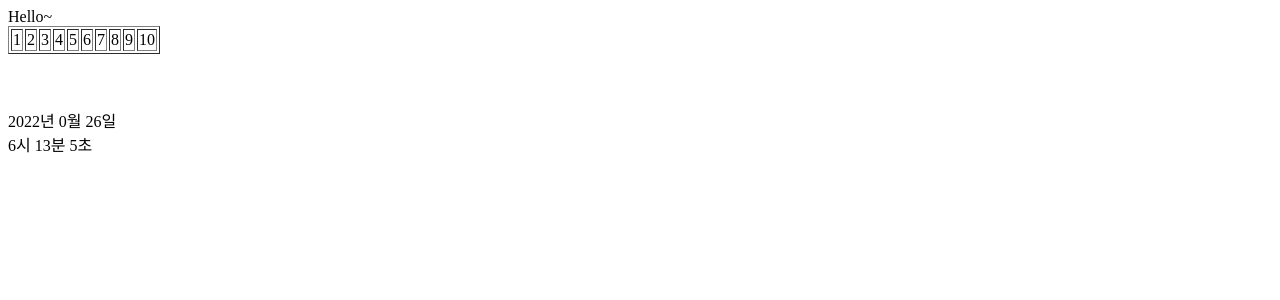
Repository: HeonchanKim/smhrd_jsp
Page: http://localhost/JSP/ex02.jsp
An editor plug-in stored every save of this project. The page is shown before and after the next save, followed by the edit.
The browser window is 1280 px wide. The pictures show the whole page.
The page is served by Tomcat 9.

Above is the page before, as saved 2022-01-28 06:42:20.

After the next save:
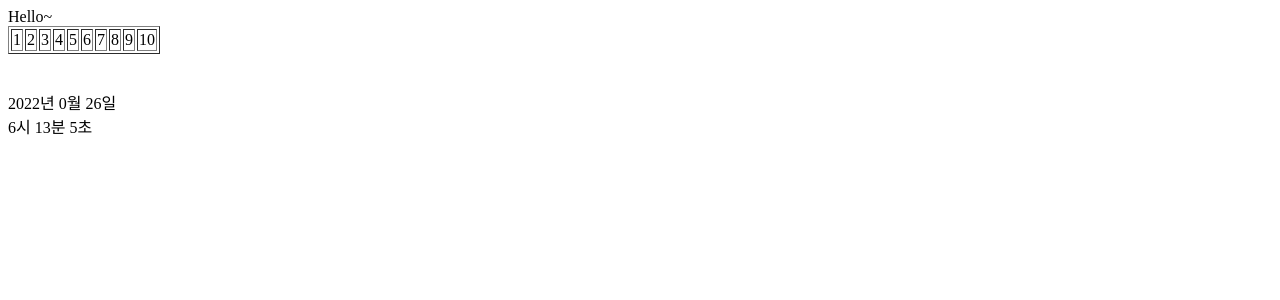
Saved 12 s later.
--- a/JSP/src/main/webapp/ex02.jsp
+++ b/JSP/src/main/webapp/ex02.jsp
@@ -24,7 +24,7 @@
 		</tr>
 	</table>
 
-	<br><br><br>
+	<br><br>
 
 	<%
 		GregorianCalendar gre = new GregorianCalendar(Locale.KOREA);
